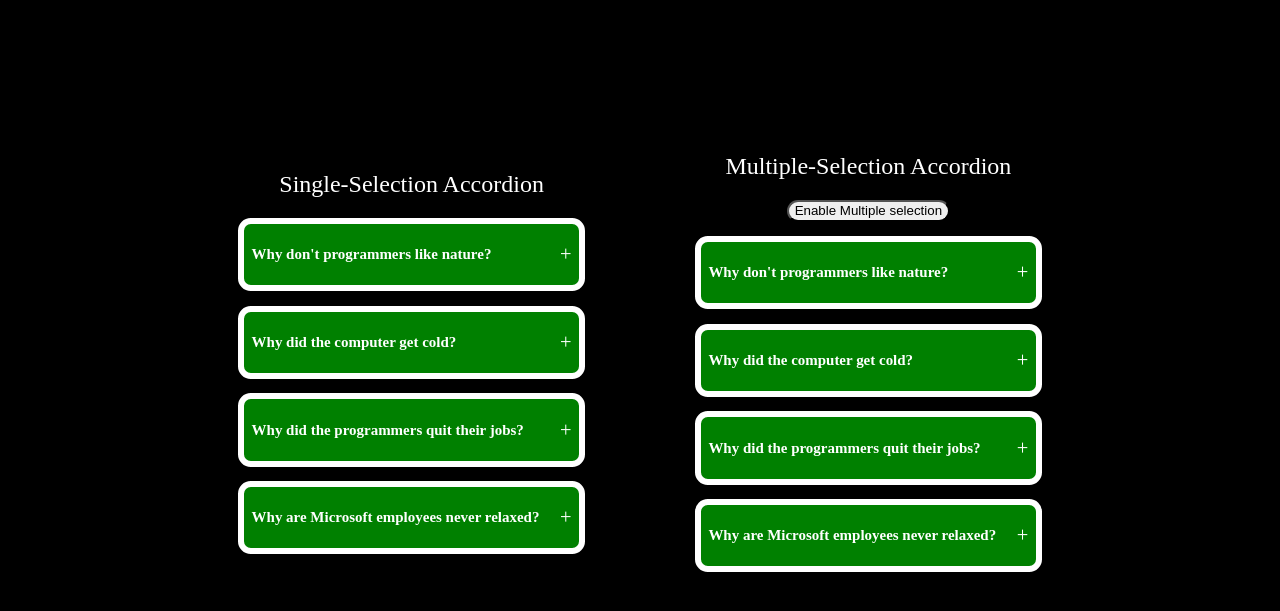
Repository: kosenijr/react-projects
Page: / (app in accordion/)
The author's editor kept a copy of each file at every save. The page is drawn from the files as they stood at one save, then again after the next save.
The browser window is 1280 px wide. The pictures show the whole page.
The project was rebuilt for these pictures with package versions that can differ from the ones it lists, and the page was loaded fresh each time.

Above is the page before, as saved 2024-03-03 14:02:57.

After the next save:
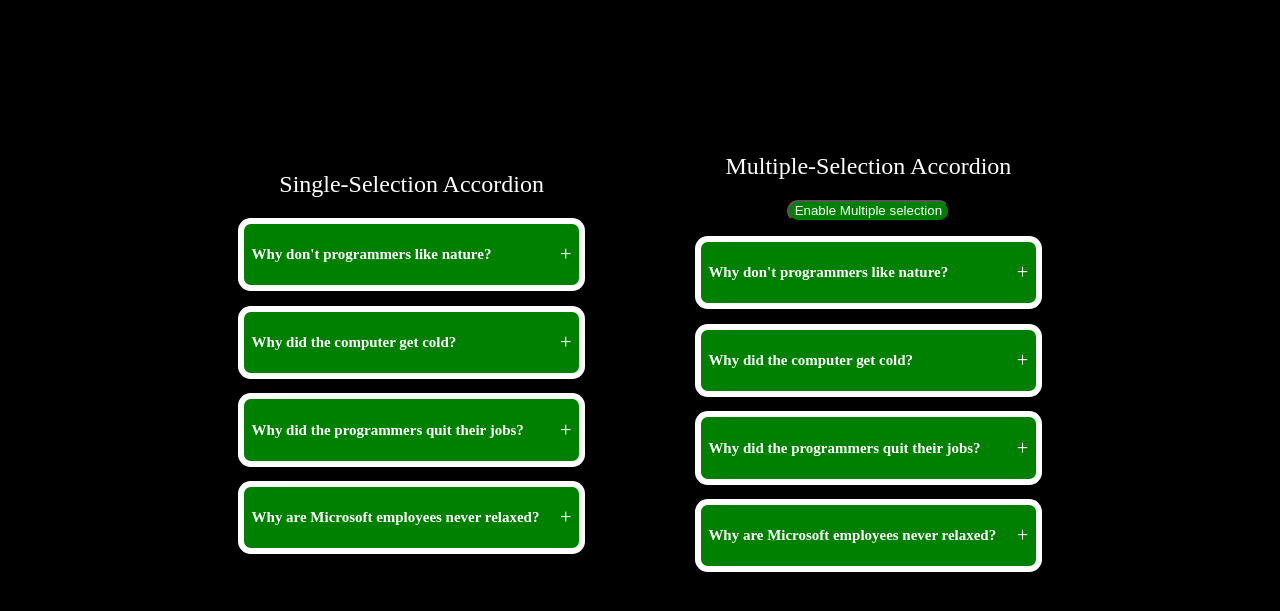
Saved 24 s later.
--- a/accordion/src/styles/MultiSelection.css
+++ b/accordion/src/styles/MultiSelection.css
@@ -19,6 +19,9 @@ justify-content: space-evenly;
     width: fit-conent;
     border-radius: 1em;
     cursor: pointer;
+    background-color: green;
+    color: white;
+
 }
 
 .multi-selection-item {
